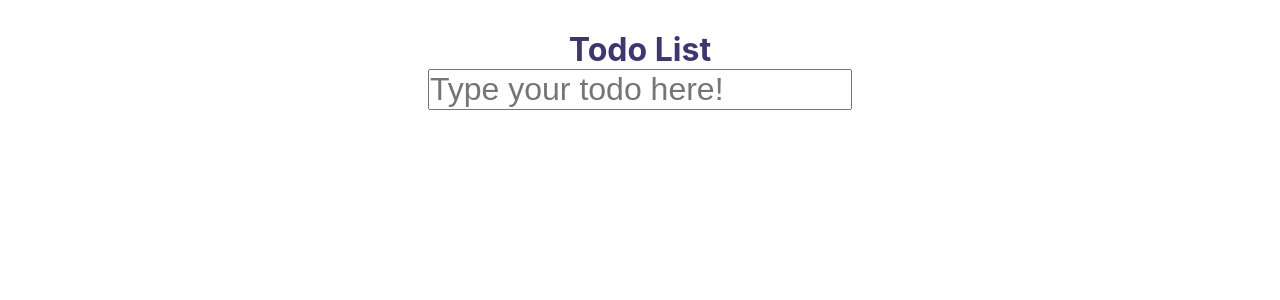
Repository: badhon252/todo-app
Page: /
The author's editor kept a copy of each file at every save. The page is drawn from the files as they stood at one save, then again after a run of saves.
The browser window is 1280 px wide. The pictures show the whole page.
Some web libraries are served in a nearby version. The project was rebuilt for these pictures with package versions that can differ from the ones it lists, and the page was loaded fresh each time.

Above is the page before, as saved 2022-01-26 12:07:56.

After the next 2 saves:
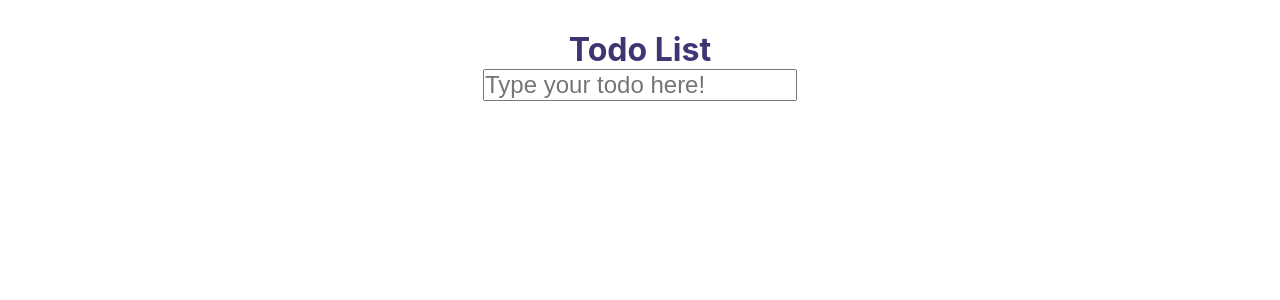
The 2 saves are shown as one change because they came seconds apart.
The last was saved 9 s later.
--- a/src/Styles/style.css
+++ b/src/Styles/style.css
@@ -10,5 +10,5 @@
 }
 
 #input-box {
-  font-size: 2rem;
+  font-size: 1.5rem;
 }
